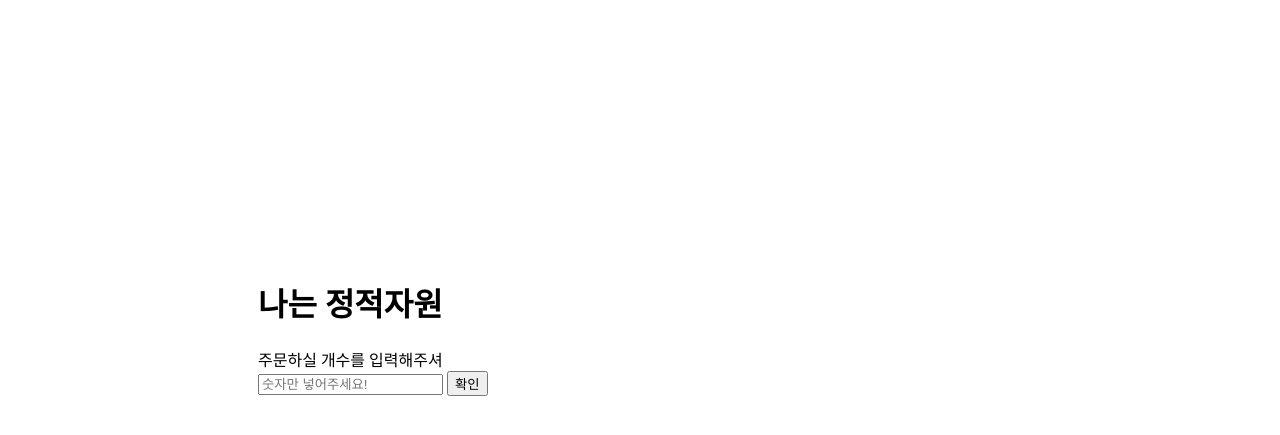
Repository: parkjin-sol/web-workplace
Page: BurgerKingProject/src/main/webapp/static/Requset_Page.html
The author's editor kept a copy of each file at every save. The page is drawn from the files as they stood at one save, then again after the next save.
The browser window is 1280 px wide. The pictures show the whole page.

Above is the page before, as saved 2025-03-10 01:36:39.

### BurgerKingProject/src/main/webapp/static/Requset_Page.html
<!DOCTYPE html>
<html>
<head>
<meta charset="UTF-8">
<title>눌렀음</title>
<style type="text/css">
	body {
		padding: 250px
	}

</style>
</head>
<body>
	<!--
		case 1 : 요청URL -> static 뒤로 url이 바뀜
		-> 상대경로 방식
		-> 현재 url의 가장 마지막 슬래쉬(/)뒤에 값이 붙음

		case 2 : http://www.naver.com -> 전체 url이 바뀜
		-> form태그로는 사용하지않음

		case 3 : /bk/case3
		-> 절대 경로 방식

		form에서 요청했을 경우 서버에서 요청을 처리
		-> tomcat에서 처리
		컨트롤러는 자바로 만듦
		자바를 이용해서 사용자의 웹 요청을 받아서 처리 를 위해 -> servlet 사용
		servlet은 인터페이스로 되어있음 -> implement를 통해 추상화하여 강제
	-->

	<form action="/bk/order" method="POST">
		<!-- form에 action / method 필수 -->
		<h1>나는 정적자원</h1>
		<!-- 동적으로 개발된 페이지 url를 보내기 위해서 Servlet 에 요청해야함
			 입력양식이 있어야 사용자에게 요청받을 수 있음  -->

		<span>주문하실 개수를 입력해주셔</span> <br>
		<input type="text" name="num" placeholder="숫자만 넣어주세요!">
		<button type="submit">확인</button>
	</form>

</body>
</html>

After the next save:
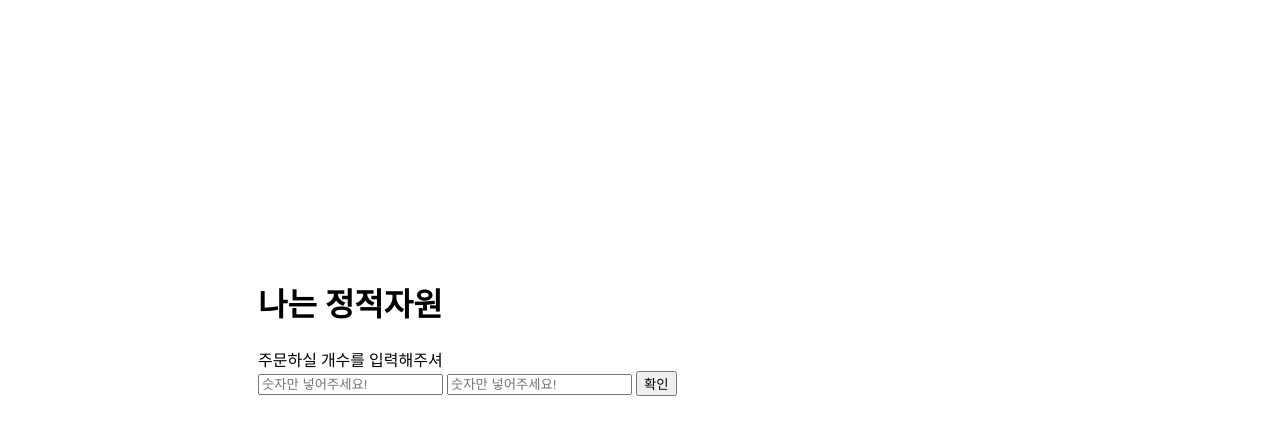
Saved 2 min 7 s later.
--- a/BurgerKingProject/src/main/webapp/static/Requset_Page.html
+++ b/BurgerKingProject/src/main/webapp/static/Requset_Page.html
@@ -37,6 +37,7 @@
 
 		<span>주문하실 개수를 입력해주셔</span> <br>
 		<input type="text" name="num" placeholder="숫자만 넣어주세요!">
+		<input type="text" name="product-name" placeholder="숫자만 넣어주세요!">
 		<button type="submit">확인</button>
 	</form>
 
